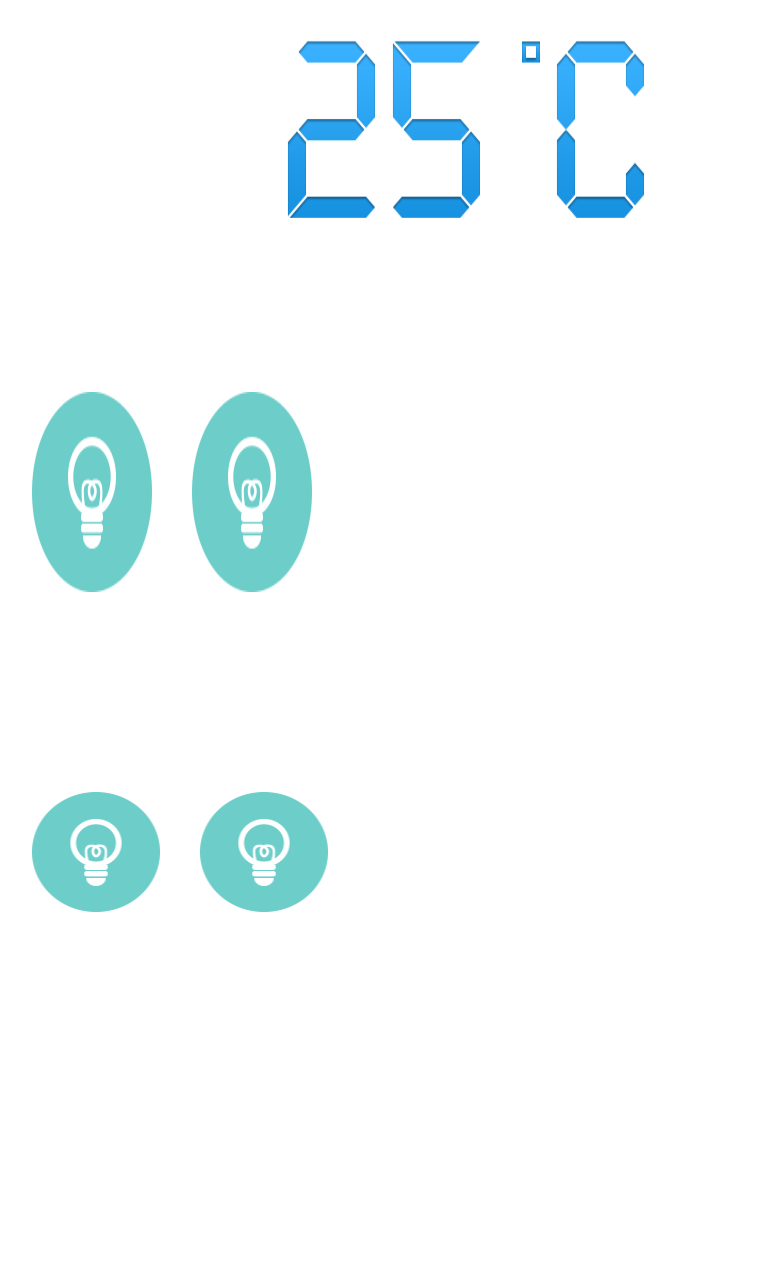
Repository: MyungSinKim/mqtt-demo
Layout: cloud2-demo/res/layout/main.xml
These files come from the project's save history. The layout is drawn as it stood at one moment and after the next save; the edit follows.
It is drawn on a 768 x 1280 px phone screen (xhdpi) without system bars, with theme AppTheme; the app's code is not run.

Above is the layout before, as saved 2015-11-02 05:11:21.

After the next save:
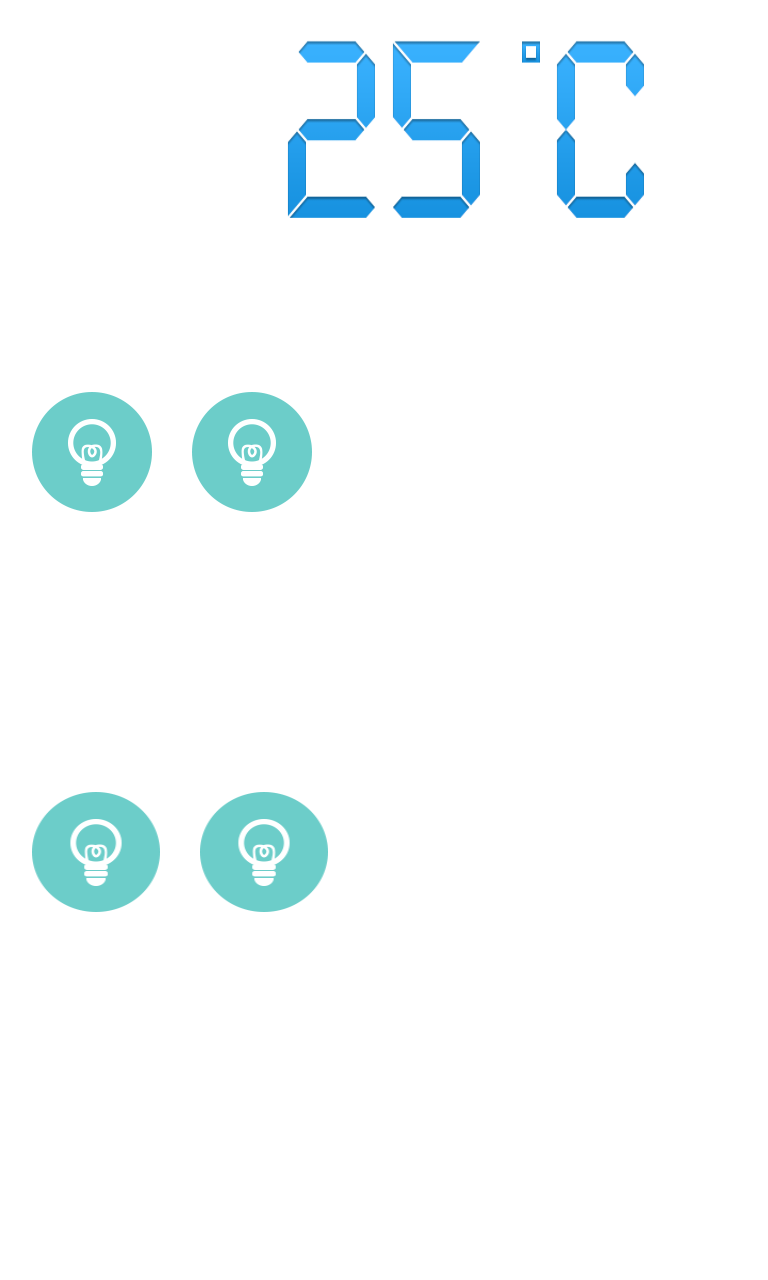
Saved 8 s later.
--- a/cloud2-demo/res/layout/main.xml
+++ b/cloud2-demo/res/layout/main.xml
@@ -37,7 +37,7 @@
         <ImageView
             android:id="@+id/light_1_iv"
             android:layout_width="wrap_content"
-            android:layout_height="100dp"
+            android:layout_height="wrap_content"
             android:layout_marginTop="80dp"
             android:background="@drawable/light_off"
             android:tag="off" />
@@ -45,7 +45,7 @@
         <ImageView
             android:id="@+id/light_2_iv"
             android:layout_width="wrap_content"
-            android:layout_height="100dp"
+            android:layout_height="wrap_content"
             android:layout_alignTop="@+id/light_1_iv"
             android:layout_marginLeft="20dp"
             android:layout_toRightOf="@id/light_1_iv"
